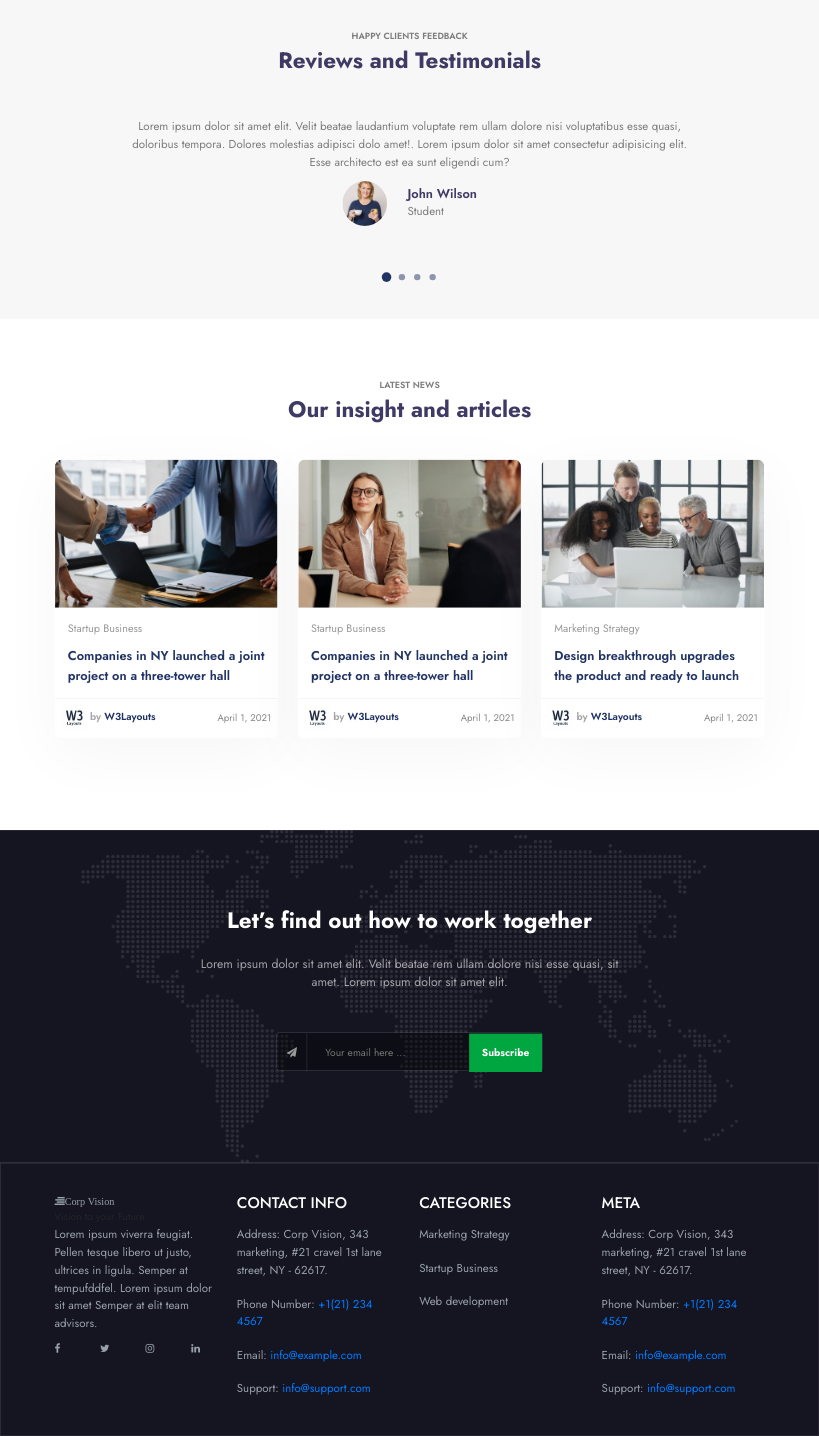
Repository: khaipnp/corpvision
Page: index.html
An editor plug-in stored every save of this project. The page is shown before and after the next save, followed by the edit.
The browser window is 1280 px wide. The pictures show the whole page, at 64% of full size.

Above is the page before, as saved 2021-07-04 13:04:40.

After the next save:
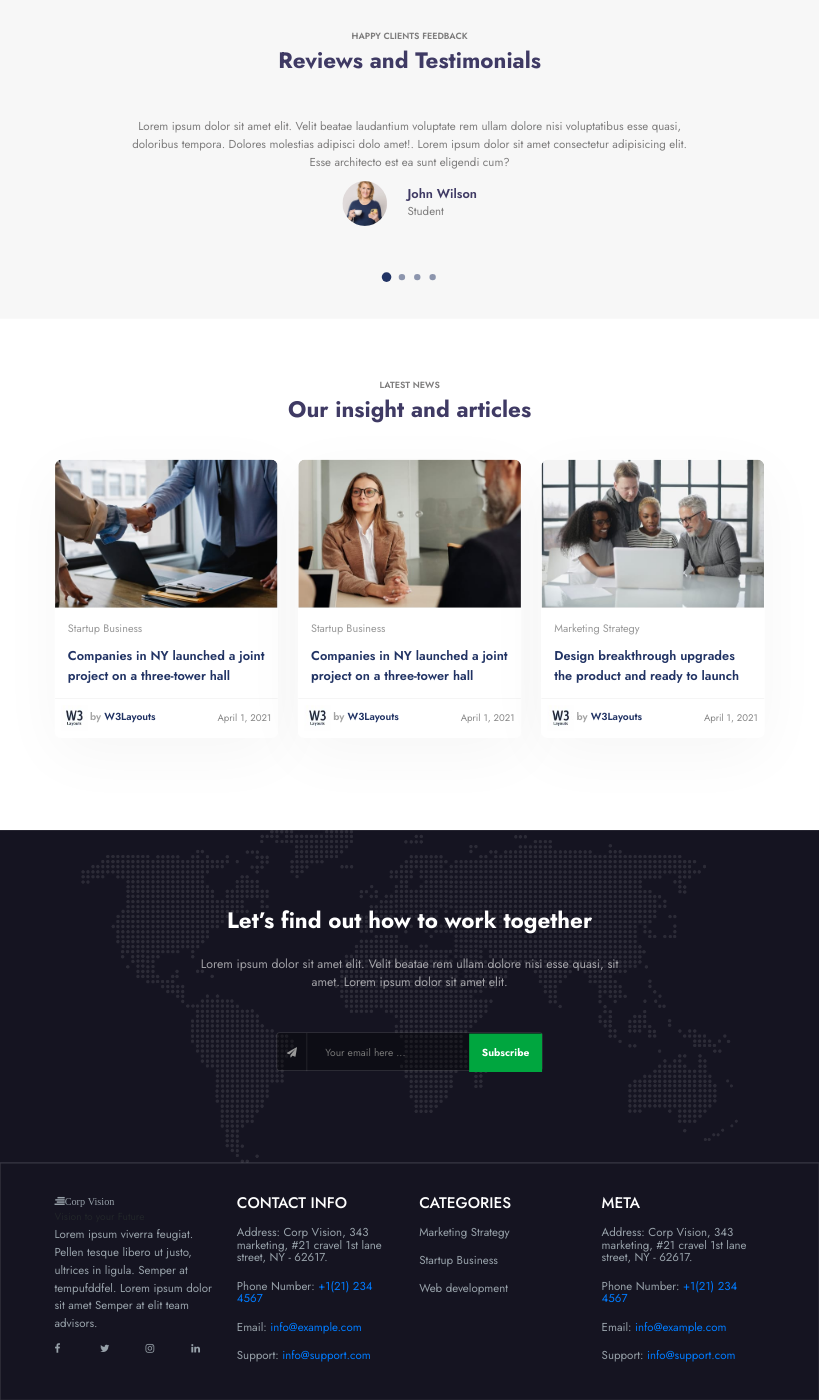
Saved 22 s later.
--- a/css/main.css
+++ b/css/main.css
@@ -254,6 +254,6 @@ footer {
   color: #97a1a9;
   border: none !important;
   font-size: 18px;
-  line-height: 28px;
+  line-height: 20px;
   padding-left: 0 !important;
 }
